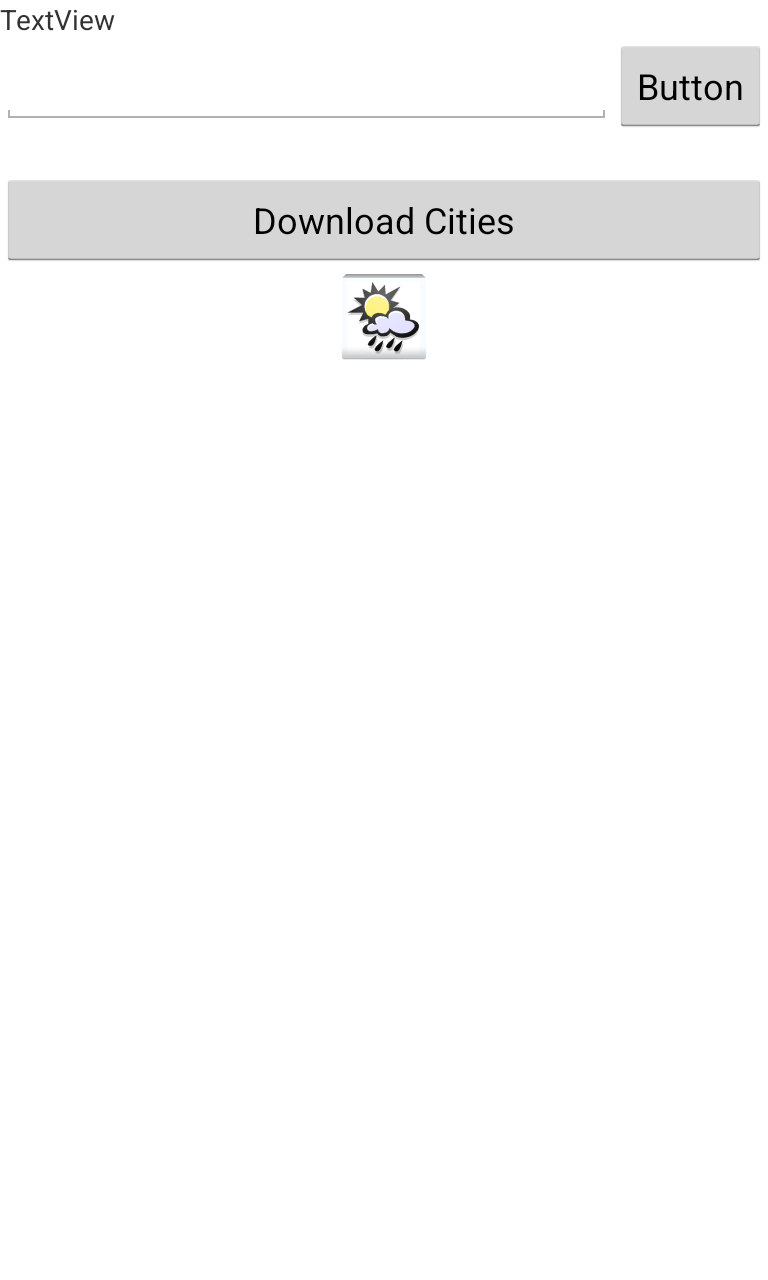
Repository: vinny1575/Java1
Layout: TempCalc20/res/layout/form.xml
These files come from the project's save history. The layout is drawn as it stood at one moment and after the next save; the edit follows.
It is drawn on a 768 x 1280 px phone screen (xhdpi) without system bars, with theme AppTheme; the app's code is not run.

Above is the layout before, as saved 2013-05-02 12:11:41.

### TempCalc20/res/layout/form.xml
<?xml version="1.0" encoding="utf-8"?>
<LinearLayout xmlns:android="http://schemas.android.com/apk/res/android"
    android:layout_width="match_parent"
    android:layout_height="match_parent"
    android:orientation="vertical" >

    <TextView
        android:id="@+id/textView2"
        android:layout_width="wrap_content"
        android:layout_height="wrap_content"
        android:text="TextView" />

    <LinearLayout
        android:layout_width="match_parent"
        android:layout_height="wrap_content" >

        <EditText
            android:id="@+id/editText1"
            android:layout_width="236dp"
            android:layout_height="wrap_content"
            android:layout_weight="1"
            android:ems="10" />

        <Button
            android:id="@+id/button1"
            android:layout_width="wrap_content"
            android:layout_height="wrap_content"
            android:text="Button" />
    </LinearLayout>

    <TextView
        android:id="@+id/textView1"
        android:layout_width="193dp"
        android:layout_height="wrap_content"
        android:text="" />

    <Button
        android:id="@+id/button2"
        android:layout_width="match_parent"
        android:layout_height="wrap_content"
        android:text="Download Cities" />

    <ImageView
        android:id="@+id/imageView1"
        android:layout_width="match_parent"
        android:layout_height="wrap_content"
        android:src="@drawable/weather" />

    <TextView
        android:id="@+id/textView3"
        android:layout_width="wrap_content"
        android:layout_height="wrap_content"
        android:text="" />

</LinearLayout>

Loaded but not shown: TempCalc20/res/values/styles.xml (common file); TempCalc20/res/values-v11/styles.xml (common file); TempCalc20/res/values-v14/styles.xml (common file)

After the next save:
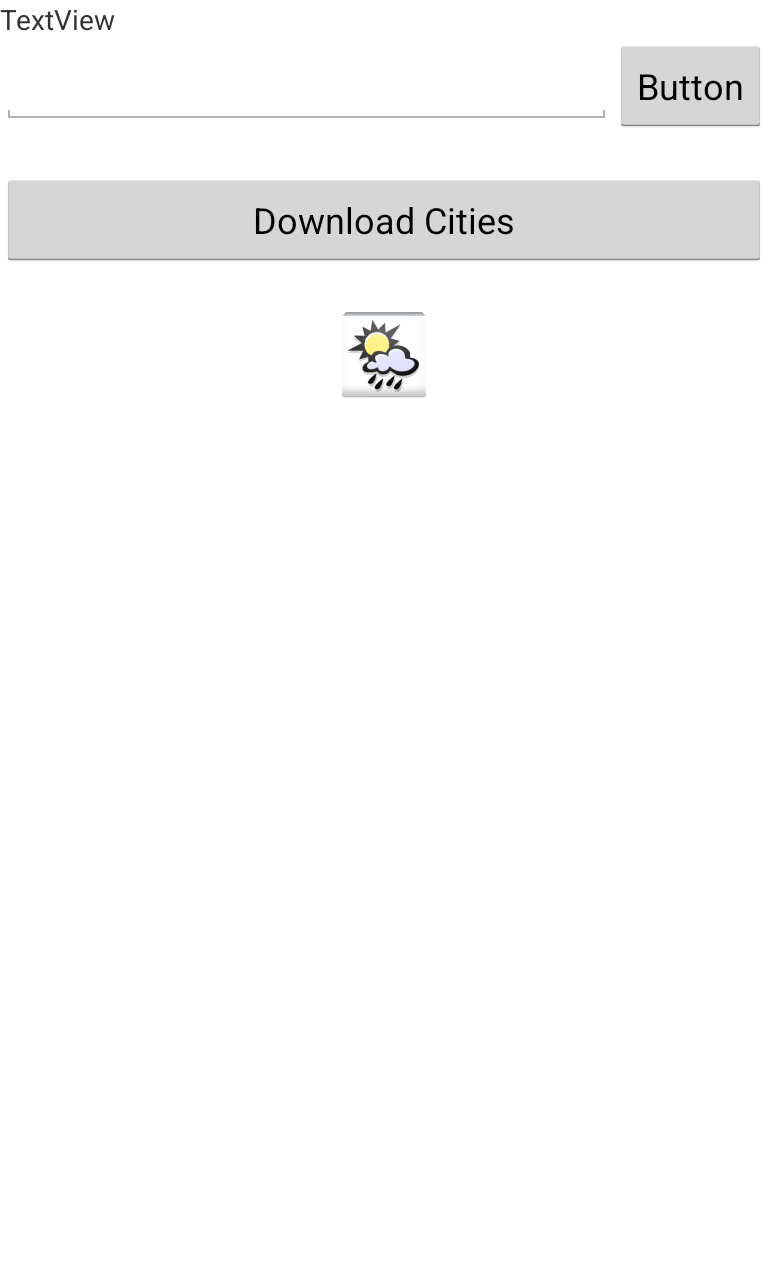
Saved 32 s later.
--- a/TempCalc20/res/layout/form.xml
+++ b/TempCalc20/res/layout/form.xml
@@ -40,16 +40,16 @@
         android:layout_height="wrap_content"
         android:text="Download Cities" />
 
+    <TextView
+        android:id="@+id/textView3"
+        android:layout_width="wrap_content"
+        android:layout_height="wrap_content"
+        android:text="" />
+
     <ImageView
         android:id="@+id/imageView1"
         android:layout_width="match_parent"
         android:layout_height="wrap_content"
         android:src="@drawable/weather" />
 
-    <TextView
-        android:id="@+id/textView3"
-        android:layout_width="wrap_content"
-        android:layout_height="wrap_content"
-        android:text="" />
-
 </LinearLayout>
